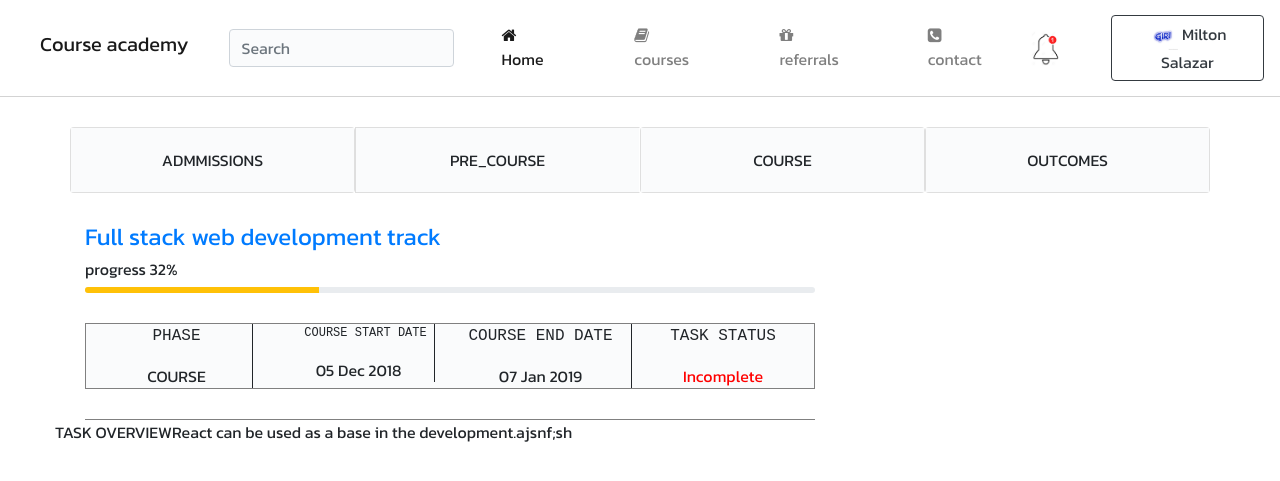
Repository: giribabu1997/html-layout
Page: task.html
An editor plug-in stored every save of this project. The page is shown before and after the next save, followed by the edit.
The browser window is 1280 px wide. The pictures show the whole page.
Some web fonts or font styles are not loaded; a fallback is used.

Above is the page before, as saved 2019-06-25 21:14:14.

After the next save:
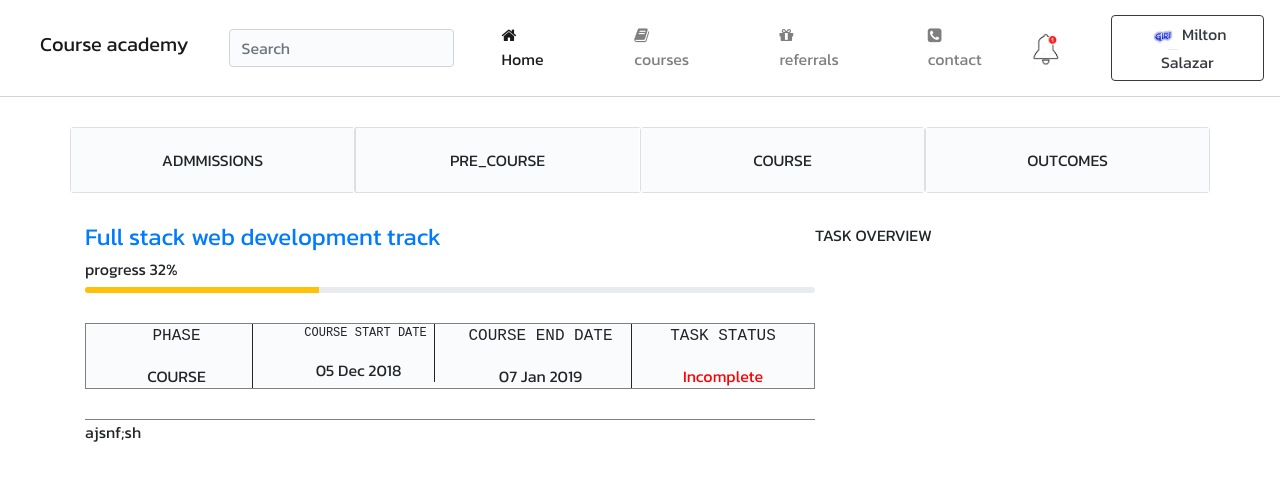
Saved 17 s later.
--- a/task.html
+++ b/task.html
@@ -145,7 +145,7 @@
             </div>
             <div class="row">
                 <h>TASK OVERVIEW</h>
-                <p style="width"> React can be used as a base in the development.
+
                 </p>
             </div>
             <div class="col-4">
